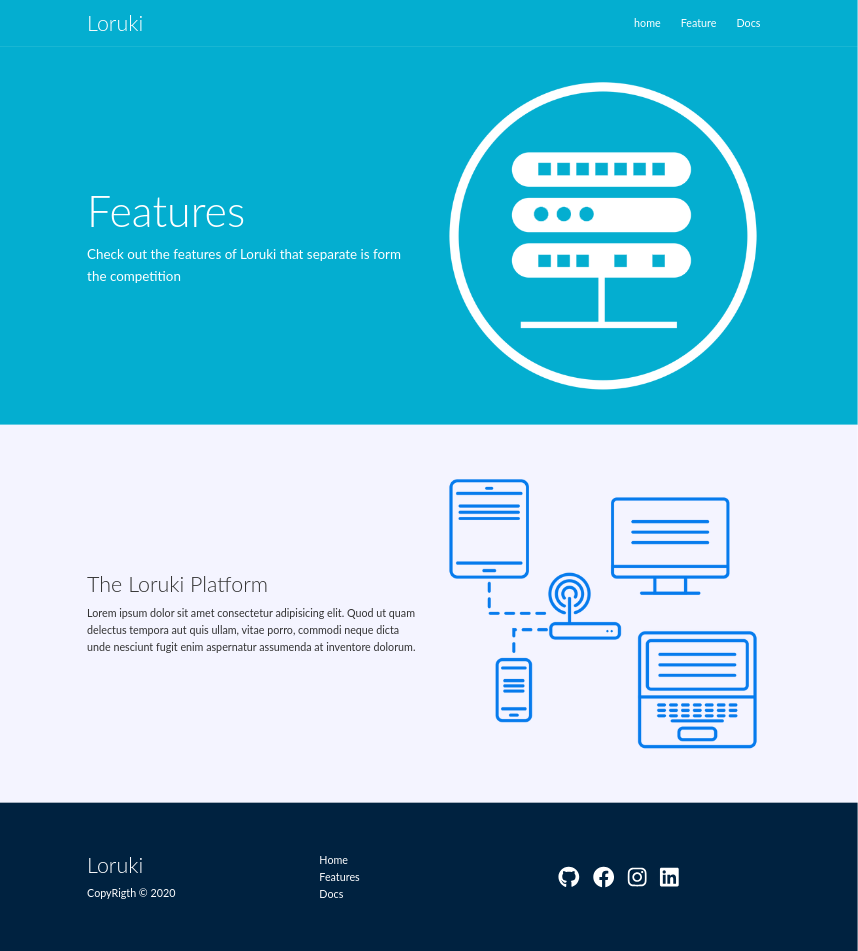
Repository: MosiurRrahman/loruki-app-reactjs
Page: /feature
These files come from the project's save history. The page is drawn as it stood at one moment and after the next save; the edit follows.
The browser window is 1280 px wide. The pictures show the whole page, at 67% of full size.
The project was rebuilt for these pictures with package versions that can differ from the ones it lists, and the page was loaded fresh each time. Also part of the build but not shown: src/components/pages/home/Cli.js, src/components/pages/home/Cloud.js, src/components/pages/home/Languages.js, src/components/pages/home/ShowcaseForm.js, src/components/pages/home/ShowCase.js, src/components/pages/home/Status.js, src/components/pages/home/HomePage.js, src/components/layouts/Main.jsx.

Above is the page before, as saved 2021-10-06 12:28:06.

### src/index.js
import React from 'react';
import ReactDOM from 'react-dom';
import { BrowserRouter, Route, Switch } from 'react-router-dom';
import Layout from './components/app';
import defaultLayout from './components/layouts/Main';
import feature from './components/pages/feature/Feature';
import './index.css';
// import './utilities';






class Root extends React.Component{
  render(){
    return(
      <BrowserRouter basename = {"/"} >
      <Switch>
        <Route exact path = "/home" component={defaultLayout} />
      <Layout>
          <Route path='/feature' component={feature}></Route>
      </Layout>
      </Switch>
      </BrowserRouter>
    );
  }
}




ReactDOM.render(
  <React.StrictMode>
    <Root />
  </React.StrictMode>,
  document.getElementById('root')
);

### src/components/app.jsx
import { Component } from "react";
import Footer from "./common/Footer";
import Header from "./common/Header";

class Layout extends Component {
  render() {
    return (
      <>
        <Header />
        {this.props.children}
        <Footer />
      </>
    );
  }
}
export default Layout;

### src/components/pages/feature/Feature.js
import React, { Component } from 'react';
import Head from './Head';
import SubHead from './SubHead';

class Feature extends Component {
    render() {
        return (
            <>
             <Head/>
             <SubHead/>
            </>
        );
    }
}

export default Feature;

### src/index.css
/* all css imported */

@import url("./assets/css/main");
@import url("./assets/css/utilities");

### src/components/common/Footer.jsx
import {
  faFacebook,
  faGithub,
  faInstagram,
  faLinkedin,
} from "@fortawesome/free-brands-svg-icons";
import { FontAwesomeIcon } from "@fortawesome/react-fontawesome";
import { Component } from "react";

class Footer extends Component {
  render() {
    return (
      <>
        <footer className="footer bg-dark py-5">
          <div className="container grid grid-3">
            <div>
              <h1>Loruki</h1>
              <p>CopyRigth &copy; 2020</p>
            </div>
            <nav>
              <ul>
                <li>
                  <a href="index.html">Home</a>
                </li>
                <li>
                  <a href="feature.html">Features</a>
                </li>
                <li>
                  <a href="docs.html">Docs</a>
                </li>
              </ul>
            </nav>
            <div className="social">
              <a href="/home">
                <li className="fa-2x">
                  <FontAwesomeIcon icon={faGithub} />
                </li>
              </a>
              <a href="/home">
                <li className="fa-2x">
                  <FontAwesomeIcon icon={faFacebook} />
                </li>
              </a>
              <a href="/home">
                <li className="fa-2x">
                  <FontAwesomeIcon icon={faInstagram} />
                </li>
              </a>
              <a href="/home">
                <li className=" fa-2x">
                  <FontAwesomeIcon icon={faLinkedin} />
                </li>
              </a>
            </div>
          </div>
        </footer>
      </>
    );
  }
}
export default Footer;

### src/components/common/Header.jsx
import { Component } from "react";
import { Link } from "react-router-dom";

class Header extends Component {
  render() {
    return (
      <>
        <div className="navbar">
          <div className="container flex">
            <h1 className="logo">Loruki</h1>
            <nav>
              <ul>
                <li>
                  {/* <a href="index.html">Home</a> */}
                  <Link to="/home">home</Link>
                </li>
                <li>
                  <Link to="/feature">Feature</Link>
                </li>
                <li>
                  <a href="docs.html">Docs</a>
                </li>
              </ul>
            </nav>
          </div>
        </div>
      </>
    );
  }
}
export default Header;

### src/components/pages/feature/Head.js
import React, { Component } from "react";
import IMAGES from '../../../assets/images/images';
console.log(IMAGES);

class Head extends Component {
  render() {
    return (
      <>
        <section className="features-head bg-primary py-3">
          <div className="container grid">
            <div>
              <h1 className="xl">Features</h1>
              <p className="lead">
                Check out the features of Loruki that separate is form the
                competition
              </p>
            </div>
            <img src={IMAGES.server}alt="" />
          </div>
        </section>
      </>
    );
  }
}

export default Head;

### src/components/pages/feature/SubHead.js
import React, { Component } from "react";
import IMAGES from '../../../assets/images/images';

class SubHead extends Component {
  render() {
    return (
      <>
        <section className="features-sub-head bg-light py-3">
          <div className="container grid">
            <div>
              <h1 className="md">The Loruki Platform</h1>
              <p>
                Lorem ipsum dolor sit amet consectetur adipisicing elit. Quod ut
                quam delectus tempora aut quis ullam, vitae porro, commodi neque
                dicta unde nesciunt fugit enim aspernatur assumenda at inventore
                dolorum.
              </p>
            </div>
            <img src={IMAGES.server2} alt="" />
          </div>
        </section>
      </>
    );
  }
}

export default SubHead;

### src/assets/css/main.css
:root {
  --primary-color: #04aed0;
  --secondry-color: #04a1c0;
  --dark-color: #002240;
  --light-color: #f4f4ff;
  --success-color: #5cb85c;
  --error-color: #d9534f;
}

* {
  box-sizing: border-box;
  margin: 0;
  padding: 0;
}

body {
  font-family: "lato", sans-serif;
  color: #333333;
  line-height: 1.6;
}

ul {
  list-style-type: none;
}

a {
  text-decoration: none;
  color: #333333;
}

h1,
h2 {
  font-weight: 300;
  line-height: 1.2;
  margin: 10px 0;
}

p {
  margin: 10px 0;
}

img {
  width: 100%;
}

code,
pre {
  background: #333;
  color: #fff;
  padding: 10px;
}

.hidden {
  visibility: hidden;
  height: 0;
}

/* === navbar style === */

.navbar {
  background-color: var(--primary-color);
  color: #ffffff;
  height: 70px;
}

.navbar .flex {
  justify-content: space-between;
}

.navbar ul {
  display: flex;
}

.navbar ul a {
  padding: 10px;
  margin: 0 5px;
  color: #fff;
  transition: 0.3s;
}

.navbar ul a:hover {
  border-bottom: 2px solid #fff;
}

/* === Showcase style === */

.showcase {
  height: 400px;
  background-color: var(--primary-color);
  color: #fff;
  position: relative;
}

.showcase h1 {
  font-size: 40px;
}

.showcase p {
  margin: 20px 0;
}

.showcase .grid {
  overflow: visible;
  grid-template-columns: 55% 45%;
  gap: 30px;
}

body {
  overflow-x: hidden;
}

.showcase-form {
  position: relative;
  top: 60px;
  height: 350px;
  max-width: 400px;
  padding: 40px;
  z-index: 100;
  animation: slideInFromRight 1s ease-in;
}

.showcase-text {
  animation: slideInFromLeft 1s ease-in;
}

.showcase .form-control {
  margin: 30px 0;
}

.showcase input[type="text"],
.showcase input[type="email"] {
  border: 0;
  border-bottom: 1px solid #b4becb;
  width: 100%;
  padding: 3px;
  font-size: 16px;
}

.showcase-form input:focus {
  outline: none;
}

.showcase::before,
.showcase::after {
  content: "";
  position: absolute;
  height: 100px;
  background: #fff;
  left: 0;
  bottom: -60px;
  right: 0;
  transform: skewY(-3deg);
  --webkit-transform: skewY(-3deg);
  --moz-transform: skewY(-3deg);
  --ms-transform: skewY(-3deg);
}

/* ===stats=== */

.stats {
  padding-top: 100px;
  animation: slideInFromBottom 1s ease-in;
}

.stats-heading {
  max-width: 500px;
  margin: auto;
}

.stats .grid h3 {
  font-size: 35px;
}

.stats .grid p {
  font-size: 20px;
  font-weight: bold;
}

/* cli */

.cli .grid {
  grid-template-columns: repeat(3, 1fr);
  grid-template-rows: repeat(2, 1fr);
}

.cli .grid > *:first-child {
  grid-column: 1 / span 2;
  grid-row: 1 / span 2;
}

/* Cloud */

.cloud .grid {
  grid-template-columns: repeat(4fr, 1fr);
}

/* languages */

.languages .flex {
  flex-wrap: wrap;
}

.languages .card {
  text-align: center;
  margin: 18px 10px 40px;
  transition: 0.3s;
}

.languages .card:hover {
  transform: translateY(-15px);
  color: var(--primary-color);
}

.languages .card h4 {
  font-size: 20px;
  margin-bottom: 10px;
}

/* Feature section */

.freatures-head img,
.docs-head img {
  width: 200px;
  justify-self: center;
}

.freatures-sub-head img {
  width: 300px;
  justify-self: flex-end;
}

/* feature main */

.freatures-main .card > i {
  margin-right: 20px;
}

.freatures-main .grid {
  padding: 30px;
}

.freatures-main .grid > *:first-child {
  grid-column: 1 / span 3;
}

.freatures-main .grid > *:nth-child(2) {
  grid-column: 1 / span 2;
}

.freatures-main .grid > *:nth-child(2) {
  justify-content: start;
}

/* dosc */

.docs-main h3 {
  margin: 20px 0;
}

.docs-main .grid {
  grid-template-columns: 1fr 2fr;
  align-items: flex-start;
}

.docs-main nav li {
  font-size: 20px;
  padding-bottom: 5px;
  margin-bottom: 5px;
  border-bottom: 1px solid #ccc;
}

.docs-main nav a:hover {
  color: var(--primary-color);
  font-weight: bold;
}

/* Footer */
.footer .social {
  display: flex;
}
.footer .social a {
  margin: 0 10px;
}

.footer .social a li {
  list-style-type: none;
  transition: 0.3s;
}

.footer .social a li:hover {
  transform: translateY(-5px);
  color: var(--primary-color);
}

/* Animation */

@keyframes slideInFromLeft {
  0% {
    transform: translateX(-100%);
  }
  100% {
    transform: translateX(0);
  }
}

@keyframes slideInFromRight {
  0% {
    transform: translateX(70%);
  }
  100% {
    transform: translateX(0);
  }
}

@keyframes slideInFromTop {
  0% {
    transform: translateY(-100%);
  }
  100% {
    transform: translateX(0);
  }
}

@keyframes slideInFromBottom {
  0% {
    transform: translateY(100%);
  }
  100% {
    transform: translateX(0);
  }
}

/* ===responsive css ===*/

/* Tablets and under */

@media screen and (max-width: 768px) {
  .grid,
  .showcase .grid,
  .stats .grid,
  .cli .grid,
  .cloud .grid,
  .freature-main .grid,
  .docs-main .grid {
    grid-template-columns: 1fr;
    grid-template-rows: 1fr;
  }
  .showcase {
    height: auto;
  }
  .showcase-text {
    text-align: center;
    margin-top: 40px;
    animation: slideInFromTop 1s ease-in;
  }
  .showcase-form {
    justify-self: center;
    margin: auto;
    animation: slideInFromBottom 1s ease-in;
  }
  .cli .grid > *:first-child {
    grid-column: 1;
    grid-row: 1;
  }
  .freatures-head,
  .freatures-sub-head,
  .docs-head {
    text-align: center;
  }
  .freatures-head img,
  .freatures-sub-head img,
  .docs-head img {
    justify-self: center;
  }
  .freatures-main .grid > *:first-child,
  .freatures-main .grid > *:nth-child(2) {
    grid-column: 1;
  }
  .grid-3 {
    grid-template-columns: 1fr;
    grid-template-rows: 1fr;
  }
}

/* Mobile */

@media (max-width: 500px) {
  .navbar {
    height: 110px;
  }
  .navbar .flex {
    flex-direction: column;
  }
  .navbar ul {
    padding: 10px;
    background: rgba(0, 0, 0, 0.1);
  }
}

/* ===responsive css end ===*/

/* === utlities === */

.container {
  max-width: 1100px;
  margin: 0 auto;
  overflow: auto;
  padding: 0 40px;
}

.card {
  background-color: #fff;
  color: #333;
  border-radius: 10px;
  box-shadow: 0 3px 10px rgba(0, 0, 0, 0.2);
  padding: 20px;
  margin: 10px;
}

.card p {
  padding-left: 20px;
}

.btn {
  display: inline-block;
  padding: 10px 30px;
  cursor: pointer;
  background: var(--primary-color);
  color: #fff;
  border: none;
  border-radius: 5px;
  transition: 0.3s;
}

.btn-outline {
  background-color: transparent;
  border: 1px solid #ffffff;
}

.btn:hover {
  transform: translate(5px);
}

/* background and colored buttons */

.btn-primary,
.bg-primary {
  background-color: var(--primary-color);
  color: #ffffff;
}

.btn-secondry,
.bg-secondry {
  background-color: var(--secondry-color);
  color: #ffffff;
}

.btn-dark,
.bg-dark {
  background-color: var(--dark-color);
  color: #ffffff;
}

.btn-light,
.bg-light {
  background-color: var(--light-color);
  color: #333;
}

.btn-primary a,
.bg-primary a,
.btn-secondry a,
.bg-secondry a,
.btn-dark a,
.bg-dark a {
  color: #fff;
}

/* text sizes */

.lead {
  font-size: 20px;
}

.sm {
  font-size: 1rem;
}

.md {
  font-size: 2rem;
}

.lg {
  font-size: 3rem;
}

.xl {
  font-size: 4rem;
}

.text-center {
  text-align: center;
}

.flex {
  display: flex;
  justify-items: center;
  align-items: center;
  height: 100%;
}

.grid {
  display: grid;
  grid-template-columns: repeat(2, 1fr);
  gap: 20px;
  justify-content: center;
  align-items: center;
  height: 100%;
}

.grid-3 {
  grid-template-columns: repeat(3, 1fr);
}

/* alart */

.alert {
  background-color: var(--light-color);
  padding: 10px 20px;
  font-weight: bold;
  margin: 15px 0;
}

.alert i {
  margin-right: 10px;
}

.alert-success {
  background-color: var(--success-color);
  color: #fff;
}

.alert-error {
  background-color: var(--errer-color);
  color: #fff;
}

/* Margin */

.my-1 {
  margin: 1rem 0;
}

.my-2 {
  margin: 1.5rem 0;
}

.my-3 {
  margin: 2rem;
}

.my-4 {
  margin: 3rem 0;
}

.my-5 {
  margin: 4rem 0;
}

.m-1 {
  margin: 1rem;
}

.m-2 {
  margin: 1.5rem;
}

.m-3 {
  margin: 2rem;
}

.m-4 {
  margin: 3rem;
}

.m-5 {
  margin: 4rem;
}

/* padding */

.py-1 {
  padding: 1rem 0;
}

.py-2 {
  padding: 1.5rem 0;
}

.py-3 {
  padding: 2rem;
}

.py-4 {
  padding: 3rem 0;
}

.py-5 {
  padding: 4rem 0;
}

.p-1 {
  padding: 1rem;
}

.p-2 {
  padding: 1.5rem;
}

.p-3 {
  padding: 2rem;
}

.p-4 {
  padding: 3rem;
}

.p-5 {
  padding: 4rem;
}

### src/assets/images/images.js
const IMAGES = {
    nodeJs: require('./logos/node.png').default,
    csharp: require('./logos/csharp.png').default,
    ruby: require('./logos/ruby.png').default,
    php: require('./logos/php.png').default,
    python: require('./logos/python.png').default,
    scala: require('./logos/scala.png').default,
    clojure: require('./logos/clojure.png').default,
    server: require('./server.png').default,
    server2: require('./server2.png').default,
}
export default IMAGES;

### src/components/pages/feature/FeatureMain.js
import React, { Component } from 'react';

class FeatureMain extends Component {
    render() {
        return (
            <>
             <section class="freatures-main my-2">
        <div class="container grid grid-3">
            <div class="card flex">
                <i class="fas fa-server fa-3x"></i>
                <p>Lorem ipsum dolor sit amet, consectetur adipisicing elit. Eveniet molestiae esse distinctio laboriosam dolores? Sed officiis numquam odit dicta! Reiciendis!</p>
            </div>
            <div class="card flex">
                <i class="fas fa-database fa-3x"></i>
                <p>Lorem ipsum dolor sit amet, consectetur adipisicing!</p>
            </div>
            <div class="card flex">
                <i class="fas fa-power-off
                 fa-3x"></i>
                <p>Lorem ipsum dolor sit amet, consectetur adipisicing! Lorem ipsum dolor sit amet.</p>
            </div>
            <div class="card flex">
                <i class="fas fa-laptop-code
                 fa-3x"></i>
                <p>Lorem ipsum dolor sit amet, consectetur adipisicing! Lorem ipsum dolor sit amet. Lorem ipsum dolor sit amet.</p>
            </div>
            <div class="card flex">
                <i class="fas fa-notes-medical
                 fa-3x"></i>
                <p>Lorem ipsum dolor sit amet, consectetur adipisicing! Lorem ipsum dolor sit amet. Lorem ipsum dolor sit amet.</p>
            </div>
            <div class="card flex">
                <i class="fas fa-link
                 fa-3x"></i>
                <p>Lorem ipsum dolor sit amet, consectetur adipisicing! Lorem ipsum dolor sit amet. Lorem ipsum dolor sit amet.</p>
            </div>
        </div>
    </section>
            </>
        );
    }
}

export default FeatureMain;

Loaded but not shown: public/index.html (common file); src/assets/css/utilities.css (no stored copy; drawn as an empty file)

After the next save:
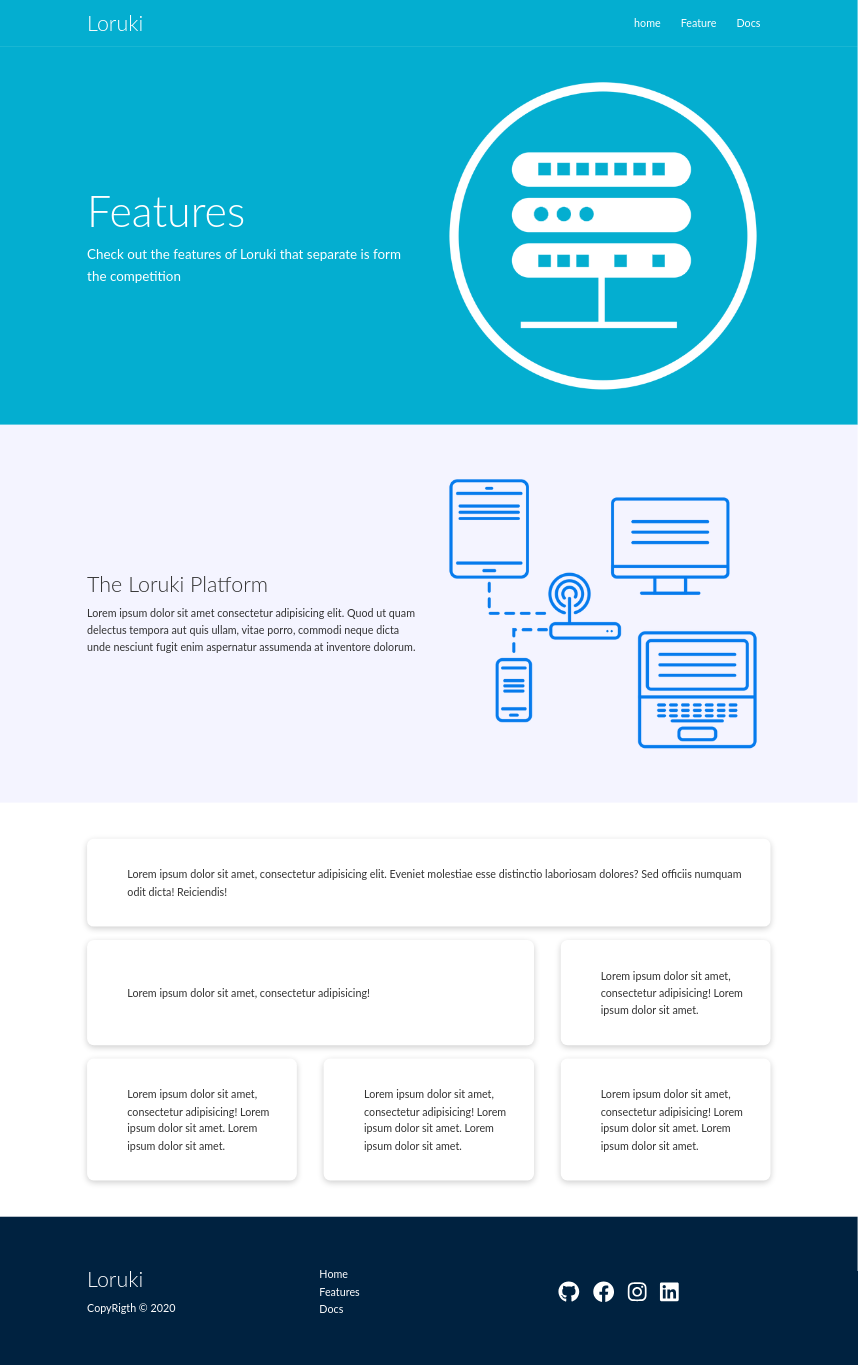
Saved 22 s later.
--- a/src/components/pages/feature/Feature.js
+++ b/src/components/pages/feature/Feature.js
@@ -1,4 +1,5 @@
 import React, { Component } from 'react';
+import FeatureMain from './FeatureMain';
 import Head from './Head';
 import SubHead from './SubHead';
 
@@ -8,6 +9,7 @@ class Feature extends Component {
             <>
              <Head/>
              <SubHead/>
+             <FeatureMain/>
             </>
         );
     }
